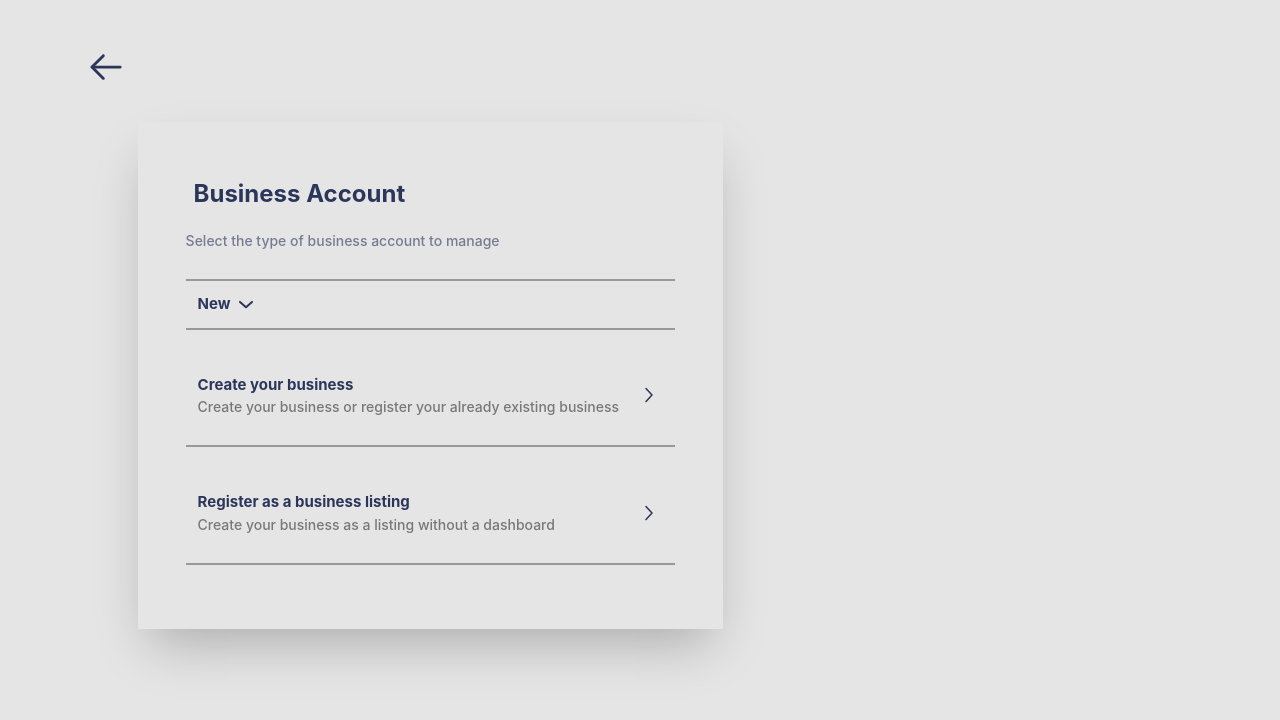
Repository: Osomhe1/findme_task
Page: /account
These files come from the project's save history. The page is drawn as it stood at one moment and after a run of saves; the edit follows.
The browser window is 1280 px wide. The pictures show the whole page.
The project was rebuilt for these pictures with package versions that can differ from the ones it lists, and the page was loaded fresh each time. Also part of the build but not shown: src/component/Clip.css, src/component/Logo.js, src/component/Drag.js, src/component/Memories.js, src/component/Publish.js, src/component/Insight.js, src/component/User.js, src/component/Clip.js and 20 more.

Above is the page before, as saved 2023-04-10 09:23:50.

After the next 2 saves:
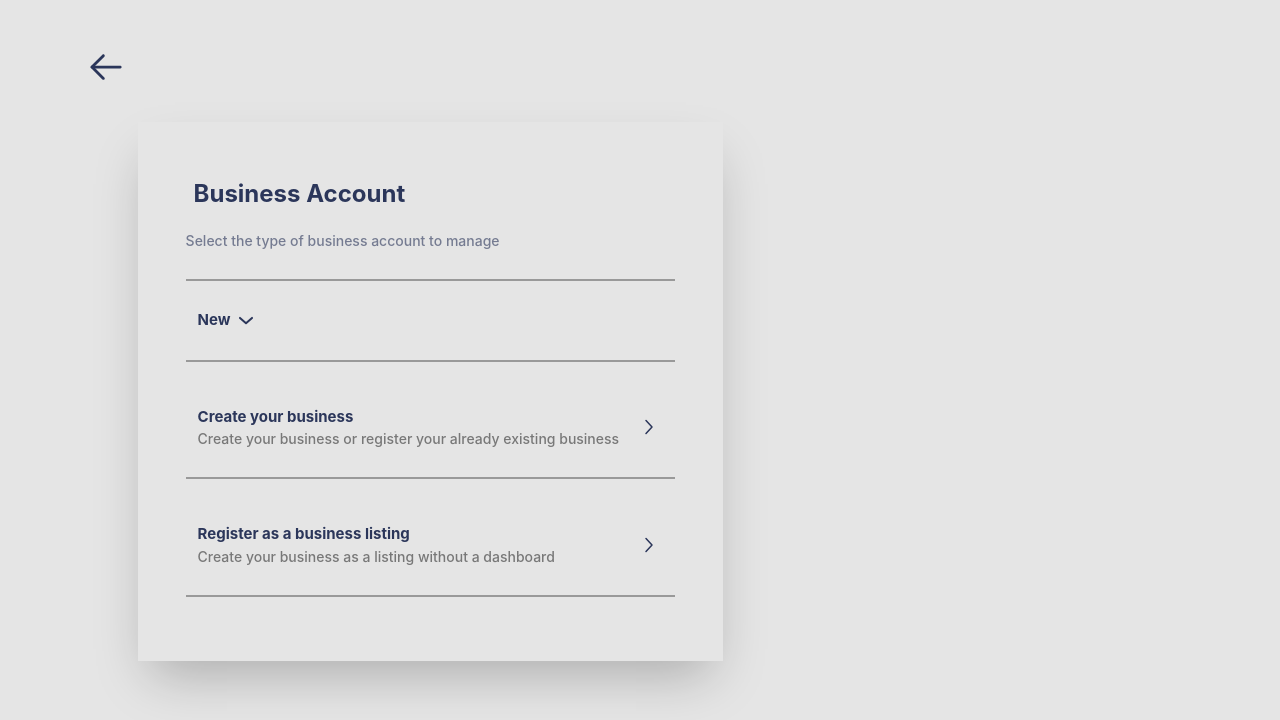
The 2 saves are shown as one change because they came seconds apart.
The last was saved 27 s later.
--- a/src/component/pages/Account.js
+++ b/src/component/pages/Account.js
@@ -38,7 +38,7 @@ export default function Account() {
             <div className="">
               <div className="flex gap-4 items-center justify-between w-full border-[#999999] p-3 my-4 border-b-2 border-t-2 ">
                 <Link to="/email-recovery">
-                  <div className=" flex gap-2 items-center">
+                  <div className=" py-4 flex gap-2 items-center">
                     <h1 className="text-[#2B365A] font-bold text-[15px] ">
                       New
                     </h1>
